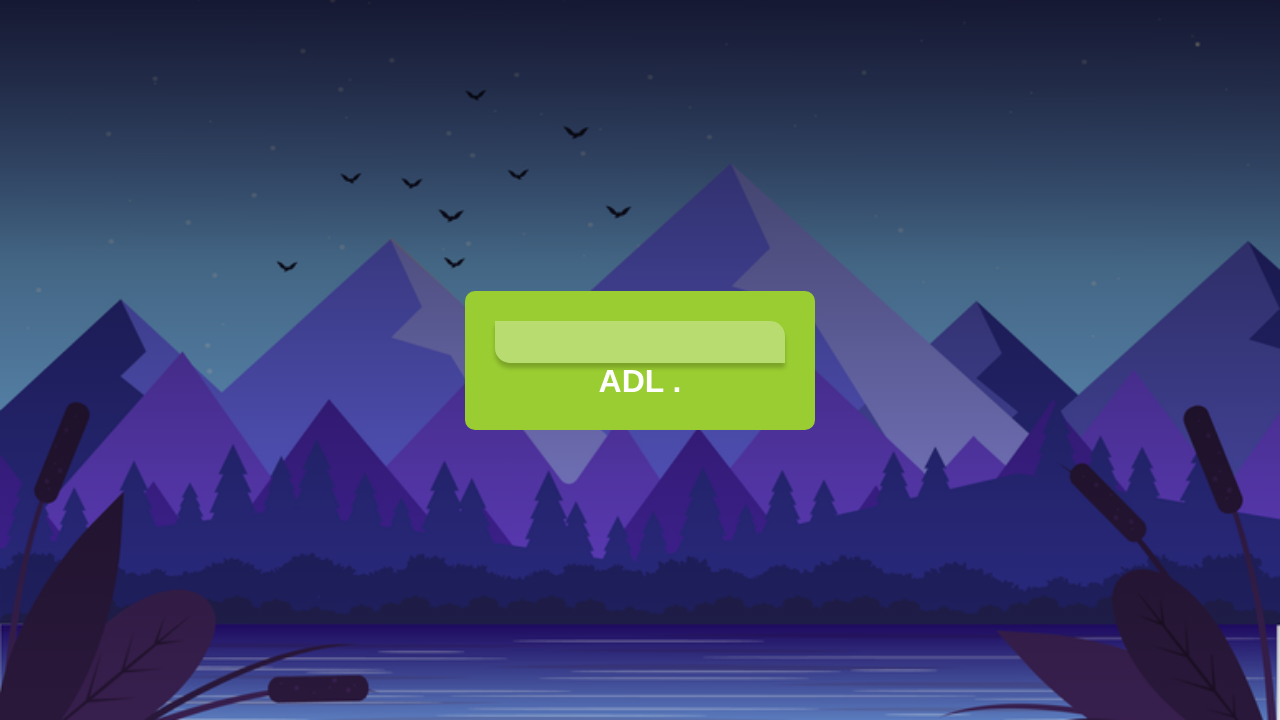
Repository: andrewhuynh561/weather-app-1
Page: index.html
An editor plug-in stored every save of this project. The page is shown before and after the next save, followed by the edit.
The browser window is 1280 px wide. The pictures show the whole page.

Above is the page before, as saved 2022-12-08 20:53:40.

### index.html
<!DOCTYPE html>
<html lang="en">
<head>
    <meta charset="UTF-8">
    <meta http-equiv="X-UA-Compatible" content="IE=edge">
    <meta name="viewport" content="width=device-width, initial-scale=1.0">
    <title>Weather app</title>
    <link
     rel="stylesheet"
     href="https://cdnjs.cloudflare.com/ajax/libs/font-awesome/6.0.0-beta2/css/all.min.css"
     integrity="sha512-YWzhKL2whUzgiheMoBFwW8CKV4qpHQAEuvilg9FAn5VJUDwKZZxkJNuGM4XkWuk94WCrrwslk8yWNGmY1EduTA=="
     crossorigin="anonymous"
     referrerpolicy="no-referrer">
    <link rel="stylesheet" href="style.css">
</head>
<body>
    <div id="weather">
        <input type="text" class="search">
        <div class="content">
            <h1 class="capital">
                <span class="city">ADL</span>
                <span>.</span>
                <span class="country"></span>
            </h1>
        </div>
    </div>

</body>
</html>

### style.css
*{
    margin: 0;
    padding: 0;
    box-sizing: border-box;
}
body{
    font-family: sans-serif;
    height: 100vh;
    display: flex;
    justify-content: center;
    align-items: center;
    background: linear-gradient(to bottom, rgba(0,0,0,0.7),rgba(0,0,0,0.1)),url(./image/222.png)  no-repeat center/cover;
}

#weather{
    width: 350px;
    border-radius:10px ;
    padding: 30px 30px;
    background: yellowgreen;
}

.search{
    width: 100%;
    padding: 10px 20px;
    border: none;
    outline: none;
    background: rgba(255,255,255,0.3);
    border-radius: 0 15px 0 15px;
    box-shadow:0 5px 4px rgba(0,0,0,0.2);
    transition:0.4s ;
    font-size: 19px;
}
.search:focus{
    background: rgba(255,255,255,0.7);
    border-radius: 15px 0 15px 0;
}
.content{
    text-align: center;
    color: white;
    margin-top: 40px 0;

}

After the next save:
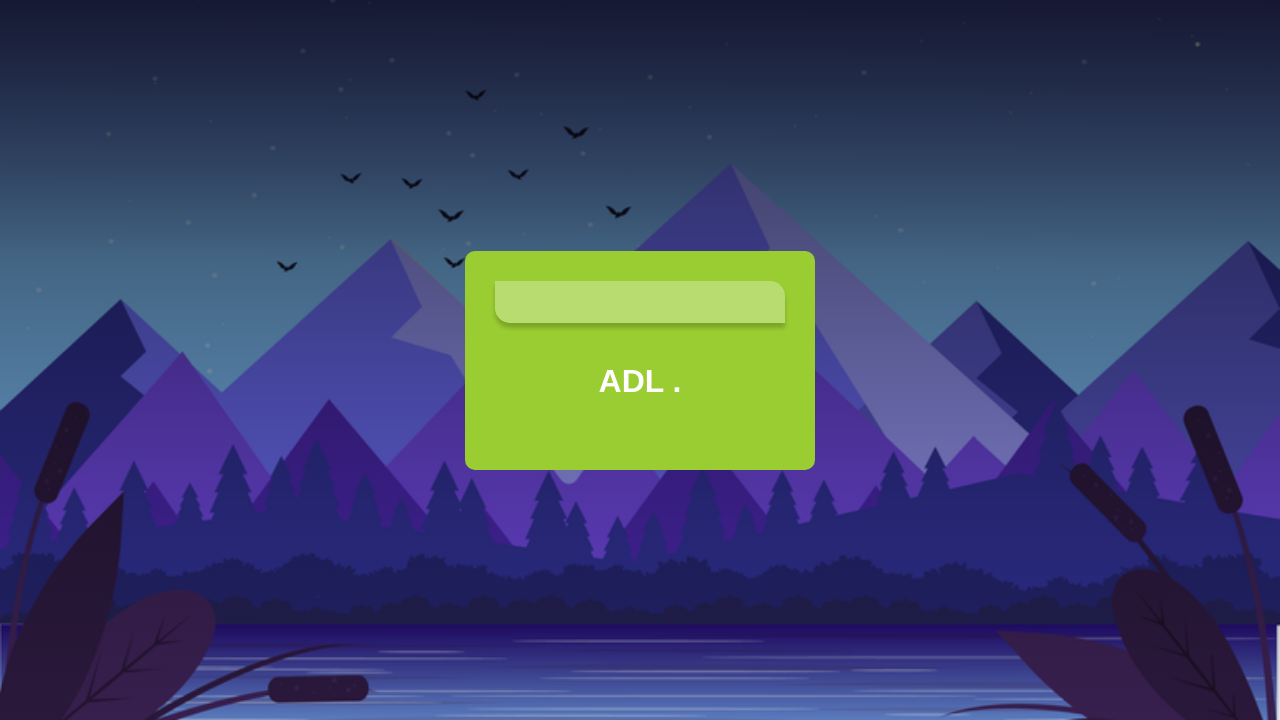
Saved 26 s later.
--- a/style.css
+++ b/style.css
@@ -37,6 +37,6 @@ body{
 .content{
     text-align: center;
     color: white;
-    margin-top: 40px 0;
+    margin: 40px 0;
 
 }
